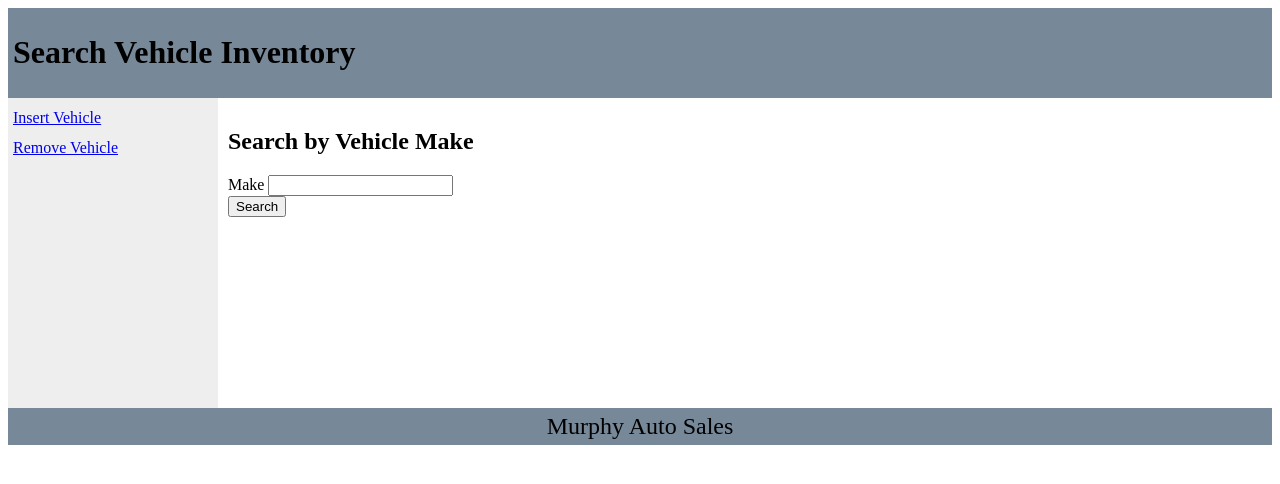
Repository: CamdenMurphy/workspace4830-intro-to-software-engineering
Page: techExercise/techExercise-Murphy/src/main/webapp/search_murphy.html
An editor plug-in stored every save of this project. The page is shown before and after the next save, followed by the edit.
The browser window is 1280 px wide. The pictures show the whole page.

Above is the page before, as saved 2023-10-12 06:34:28.

After the next save:
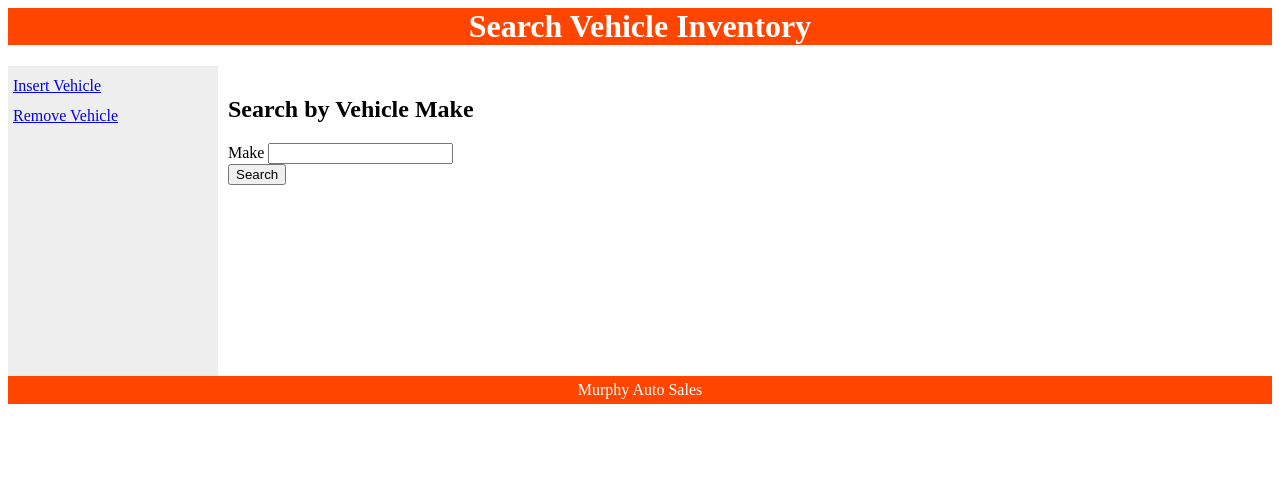
Saved 10 s later.
--- a/techExercise/techExercise-Murphy/src/main/webapp/search_murphy.html
+++ b/techExercise/techExercise-Murphy/src/main/webapp/search_murphy.html
@@ -2,8 +2,7 @@
 <head>
 <style>
 header {
-	background-color: lightslategrey;
-    padding: 5px;
+	text-align: center;
 }
 nav {
     line-height:30px;
@@ -13,18 +12,24 @@ nav {
     float:left;
     padding:5px;
 }
+img {
+	display: inline-block;
+}
 section {
-    width:350px;
+    width:500px;
     float:left;
     padding:10px;
 }
 footer {
-    background-color:lightslategray;
-    font-size: 1.5rem;
-    color:black;
+    background-color:orangered;
+    color:White;
     clear:both;
     text-align:center;
     padding:5px;
+}
+header h1 {
+	background-color: orangered;
+	color: white;
 }
 </style>
 </head>
